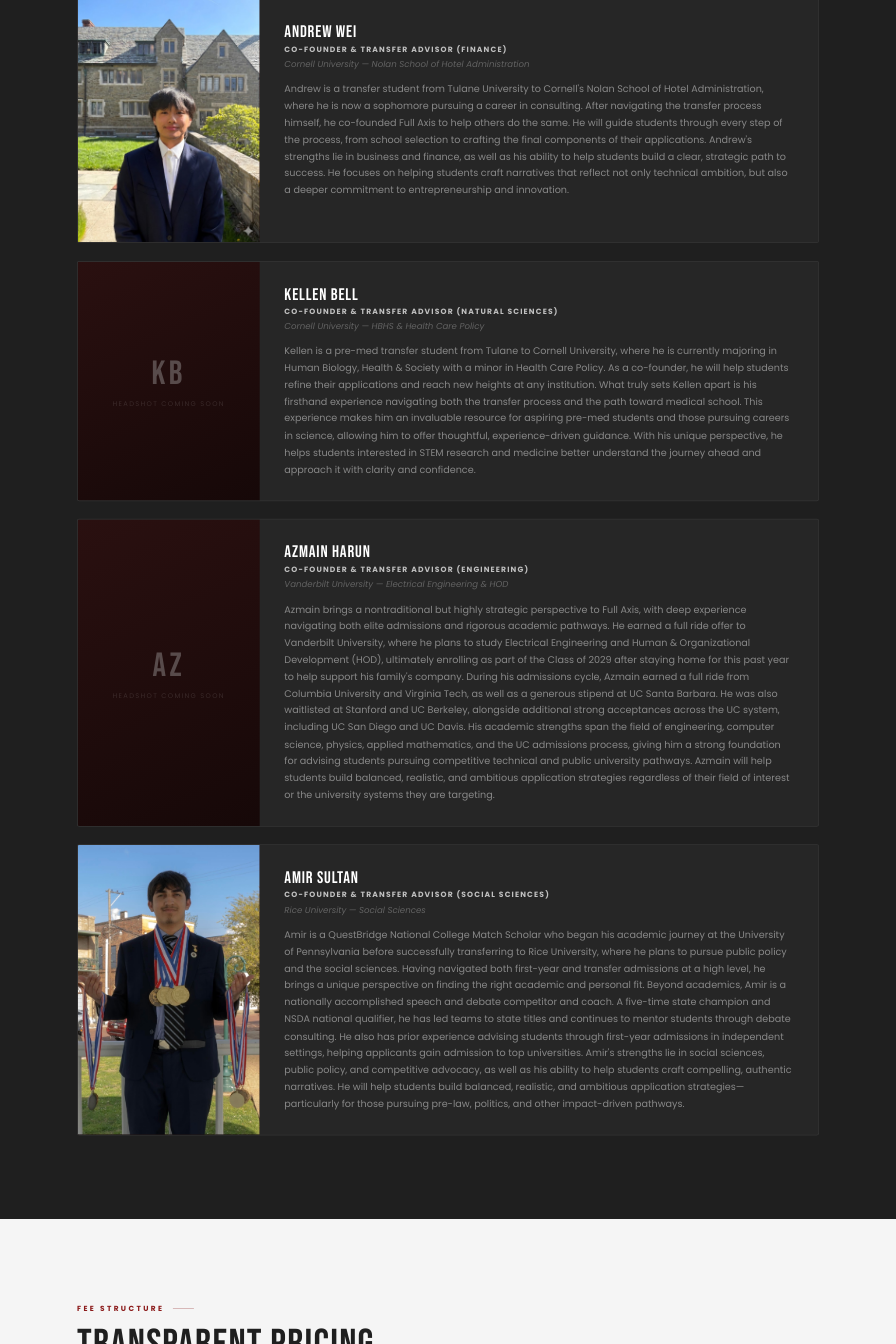
Repository: epeguero8311/cesar
Page: index.html
These files come from the project's save history. The page is drawn as it stood at one moment and after the next save; the edit follows.
The browser window is 1280 px wide. The pictures show the part of the page from y = 2360 to 4280 px (the page is 7453 px tall), at 70% of full size.

Above is the page before, as saved 2026-04-30 17:58:42.

After the next save:
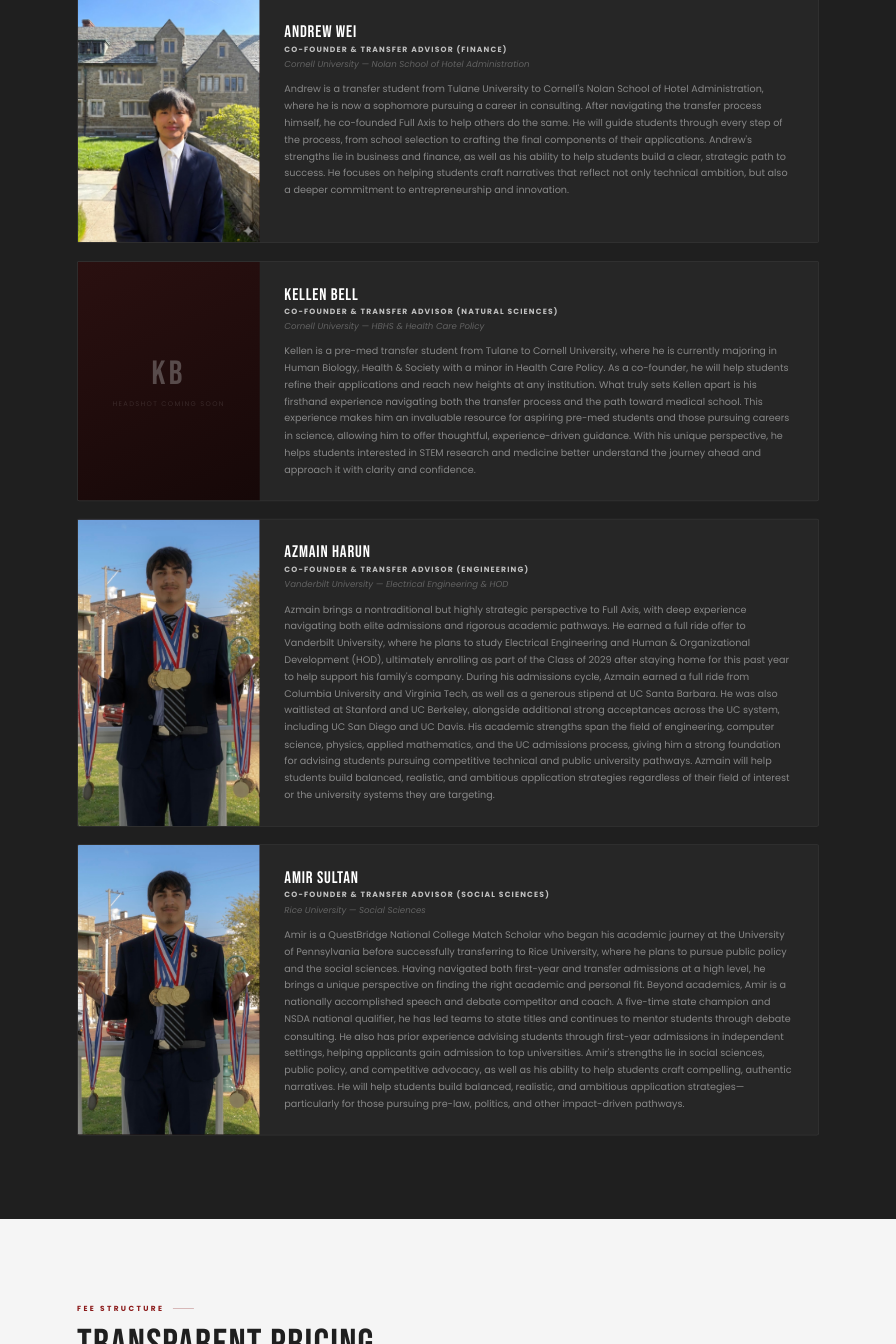
Saved 7 days later.
--- a/index.html
+++ b/index.html
@@ -125,7 +125,7 @@
       <!-- Azmain -->
       <div class="team-card reveal d3">
         <div class="team-photo">
-          <div class="team-photo-ph"><div class="team-initials">AZ</div><div class="photo-hint">Headshot coming soon</div></div>
+          <img src="headshots/IMG_4781.jpg" alt="Azmain" class="team-headshot" />
         </div>
         <div class="team-info">
           <div class="team-name">Azmain Harun</div>
